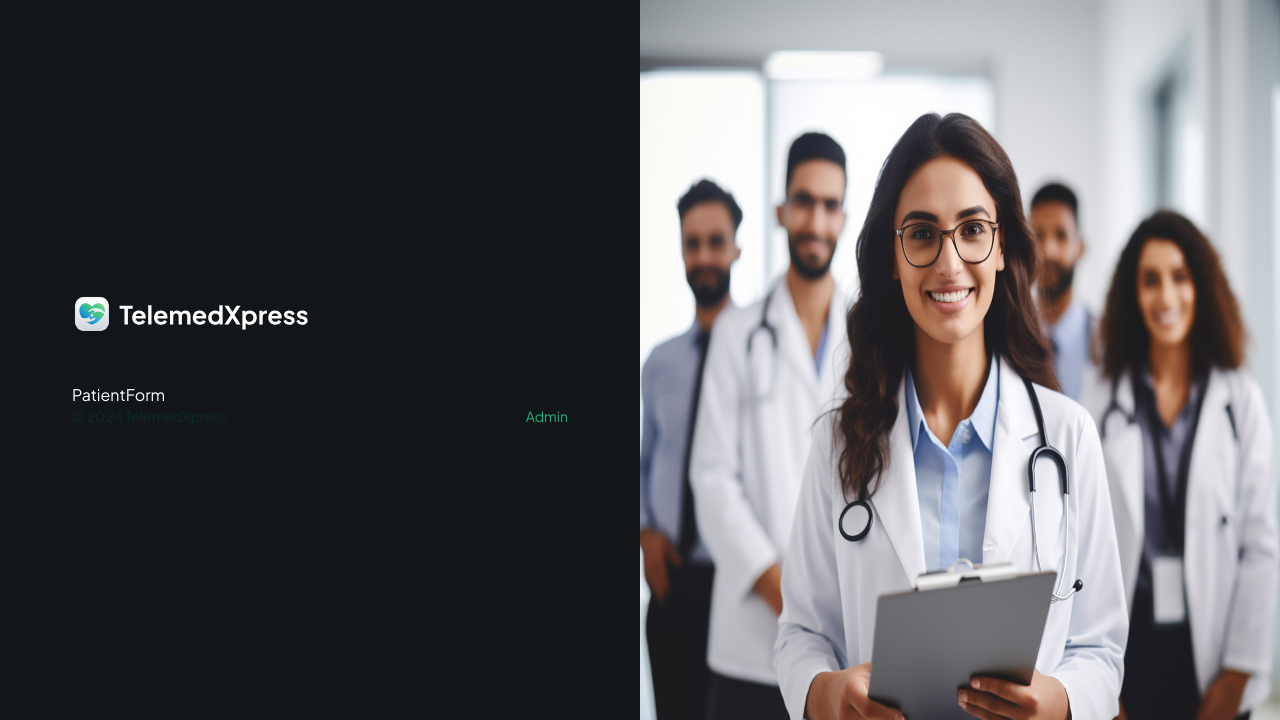
Repository: Carlito-Pedida/telemed
Page: /
These files come from the project's save history. The page is drawn as it stood at one moment and after the next save; the edit follows.
The browser window is 1280 px wide. The pictures show the whole page.
The project was rebuilt for these pictures with package versions that can differ from the ones it lists, and the page was loaded fresh each time. The framework's server and built-in components were replaced by stand-ins that run in the browser. Also part of the build but not shown: next.config.mjs.

Above is the page before, as saved 2024-11-04 16:24:38.

### app/layout.tsx
import type { Metadata } from "next";
import { Plus_Jakarta_Sans } from "next/font/google";
import "./globals.css";
import { cn } from "@/lib/utils";
import { ThemeProvider } from "@/components/theme-provider";

const fontSans = Plus_Jakarta_Sans({
  subsets: ["latin"],
  weight: ["300", "400", "500", "600", "700"],
  variable: "--font-sans"
});

export const metadata: Metadata = {
  title: "TelemedXpress",
  description: "An Online Healthcare Resource"
};

export default function RootLayout({
  children
}: Readonly<{
  children: React.ReactNode;
}>) {
  return (
    <html lang="en">
      <body
        className={cn(
          "min-h-screen bg-dark-300 font-sans antialiased",
          fontSans.variable
        )}
      >
        <ThemeProvider
          attribute="class"
          defaultTheme="dark"
          enableSystem
          disableTransitionOnChange
        >
          {children}
        </ThemeProvider>
      </body>
    </html>
  );
}

### app/page.tsx
import PatientForm from "@/components/forms/PatientForm";
import Image from "next/image";
import Link from "next/link";

export default function Home() {
  return (
    <div className="flex h-screen max-h-screen">
      <section className="remove-scrollbar container my-auto">
        <div className="sub-container max-w-[496px]">
          <Image
            src="/assets/icons/logo-full.svg"
            alt="patient"
            width={1000}
            height={1000}
            className="mb-12 h-10 w-fit"
          />

          <PatientForm />

          <div className="text-14-regular mt--20 flex justify-between">
            <p className="justify-items-end text-green-600 xl:text-left">
              © 2024 TelemedXpress
            </p>
            <Link href="/?admin=true" className="text-green-500">
              Admin
            </Link>
          </div>
        </div>
      </section>

      <Image
        src="/assets/images/onboarding-img.png"
        alt="patient"
        width={1000}
        height={1000}
        className="side-0img max-w-[50%]"
      />
    </div>
  );
}

### lib/utils.ts
import { type ClassValue, clsx } from "clsx";
import { twMerge } from "tailwind-merge";

export function cn(...inputs: ClassValue[]) {
  return twMerge(clsx(inputs));
}

export const parseStringify = (value: any) => JSON.parse(JSON.stringify(value));

export const convertFileToUrl = (file: File) => URL.createObjectURL(file);

// FORMAT DATE TIME
export const formatDateTime = (dateString: Date | string) => {
  const dateTimeOptions: Intl.DateTimeFormatOptions = {
    // weekday: "short", // abbreviated weekday name (e.g., 'Mon')
    month: "short", // abbreviated month name (e.g., 'Oct')
    day: "numeric", // numeric day of the month (e.g., '25')
    year: "numeric", // numeric year (e.g., '2023')
    hour: "numeric", // numeric hour (e.g., '8')
    minute: "numeric", // numeric minute (e.g., '30')
    hour12: true // use 12-hour clock (true) or 24-hour clock (false)
  };

  const dateDayOptions: Intl.DateTimeFormatOptions = {
    weekday: "short", // abbreviated weekday name (e.g., 'Mon')
    year: "numeric", // numeric year (e.g., '2023')
    month: "2-digit", // abbreviated month name (e.g., 'Oct')
    day: "2-digit" // numeric day of the month (e.g., '25')
  };

  const dateOptions: Intl.DateTimeFormatOptions = {
    month: "short", // abbreviated month name (e.g., 'Oct')
    year: "numeric", // numeric year (e.g., '2023')
    day: "numeric" // numeric day of the month (e.g., '25')
  };

  const timeOptions: Intl.DateTimeFormatOptions = {
    hour: "numeric", // numeric hour (e.g., '8')
    minute: "numeric", // numeric minute (e.g., '30')
    hour12: true // use 12-hour clock (true) or 24-hour clock (false)
  };

  const formattedDateTime: string = new Date(dateString).toLocaleString(
    "en-US",
    dateTimeOptions
  );

  const formattedDateDay: string = new Date(dateString).toLocaleString(
    "en-US",
    dateDayOptions
  );

  const formattedDate: string = new Date(dateString).toLocaleString(
    "en-US",
    dateOptions
  );

  const formattedTime: string = new Date(dateString).toLocaleString(
    "en-US",
    timeOptions
  );

  return {
    dateTime: formattedDateTime,
    dateDay: formattedDateDay,
    dateOnly: formattedDate,
    timeOnly: formattedTime
  };
};

export function encryptKey(passkey: string) {
  return btoa(passkey);
}

export function decryptKey(passkey: string) {
  return atob(passkey);
}

### components/forms/PatientForm.tsx
import React from "react";

const PatientForm = () => {
  return <div>PatientForm</div>;
};

export default PatientForm;

### tailwind.config.ts
import type { Config } from "tailwindcss";

const { fontFamily } = require("tailwindcss/defaultTheme");

const config = {
  darkMode: ["class"],
  content: [
    "./pages/**/*.{ts,tsx}",
    "./components/**/*.{ts,tsx}",
    "./app/**/*.{ts,tsx}",
    "./src/**/*.{ts,tsx}"
  ],
  prefix: "",
  theme: {
    container: {
      center: true,
      padding: "2rem",
      screens: {
        "2xl": "1400px"
      }
    },
    extend: {
      colors: {
        green: {
          500: "#24AE7C",
          600: "#0D2A1F"
        },
        blue: {
          500: "#79B5EC",
          600: "#152432"
        },
        red: {
          500: "#F37877",
          600: "#3E1716",
          700: "#F24E43"
        },
        light: {
          200: "#E8E9E9"
        },
        dark: {
          200: "#0D0F10",
          300: "#131619",
          400: "#1A1D21",
          500: "#363A3D",
          600: "#76828D",
          700: "#ABB8C4"
        }
      },
      fontFamily: {
        sans: ["var(--font-sans)", ...fontFamily.sans]
      },
      backgroundImage: {
        appointments: "url('/assets/images/appointments-bg.png')",
        pending: "url('/assets/images/pending-bg.png')",
        cancelled: "url('/assets/images/cancelled-bg.png')"
      },
      keyframes: {
        "accordion-down": {
          from: { height: "0" },
          to: { height: "var(--radix-accordion-content-height)" }
        },
        "accordion-up": {
          from: { height: "var(--radix-accordion-content-height)" },
          to: { height: "0" }
        },
        "caret-blink": {
          "0%,70%,100%": { opacity: "1" },
          "20%,50%": { opacity: "0" }
        }
      },
      animation: {
        "accordion-down": "accordion-down 0.2s ease-out",
        "accordion-up": "accordion-up 0.2s ease-out",
        "caret-blink": "caret-blink 1.25s ease-out infinite"
      }
    }
  },
  plugins: [require("tailwindcss-animate")]
} satisfies Config;

export default config;

Loaded but not shown: app/globals.css (common file); components/theme-provider.tsx (common file)

After the next save:
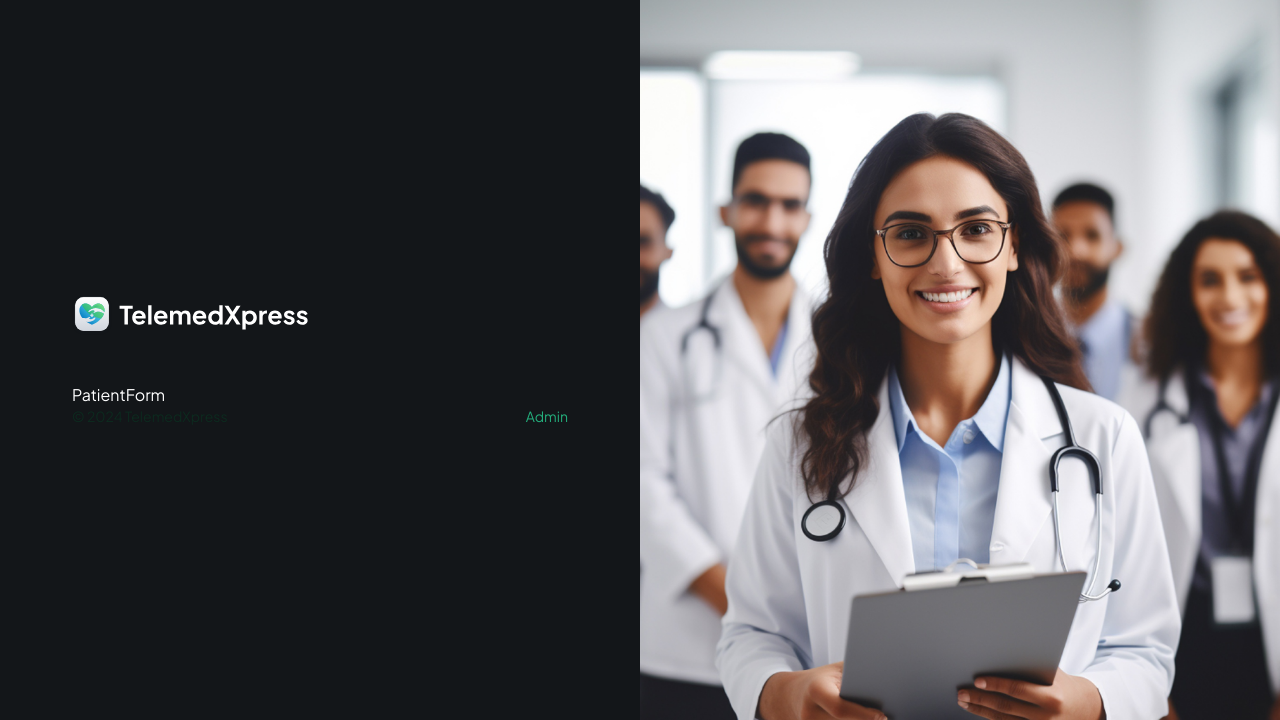
Saved 19 s later.
--- a/app/page.tsx
+++ b/app/page.tsx
@@ -33,7 +33,7 @@ export default function Home() {
         alt="patient"
         width={1000}
         height={1000}
-        className="side-0img max-w-[50%]"
+        className="side-img max-w-[50%]"
       />
     </div>
   );
